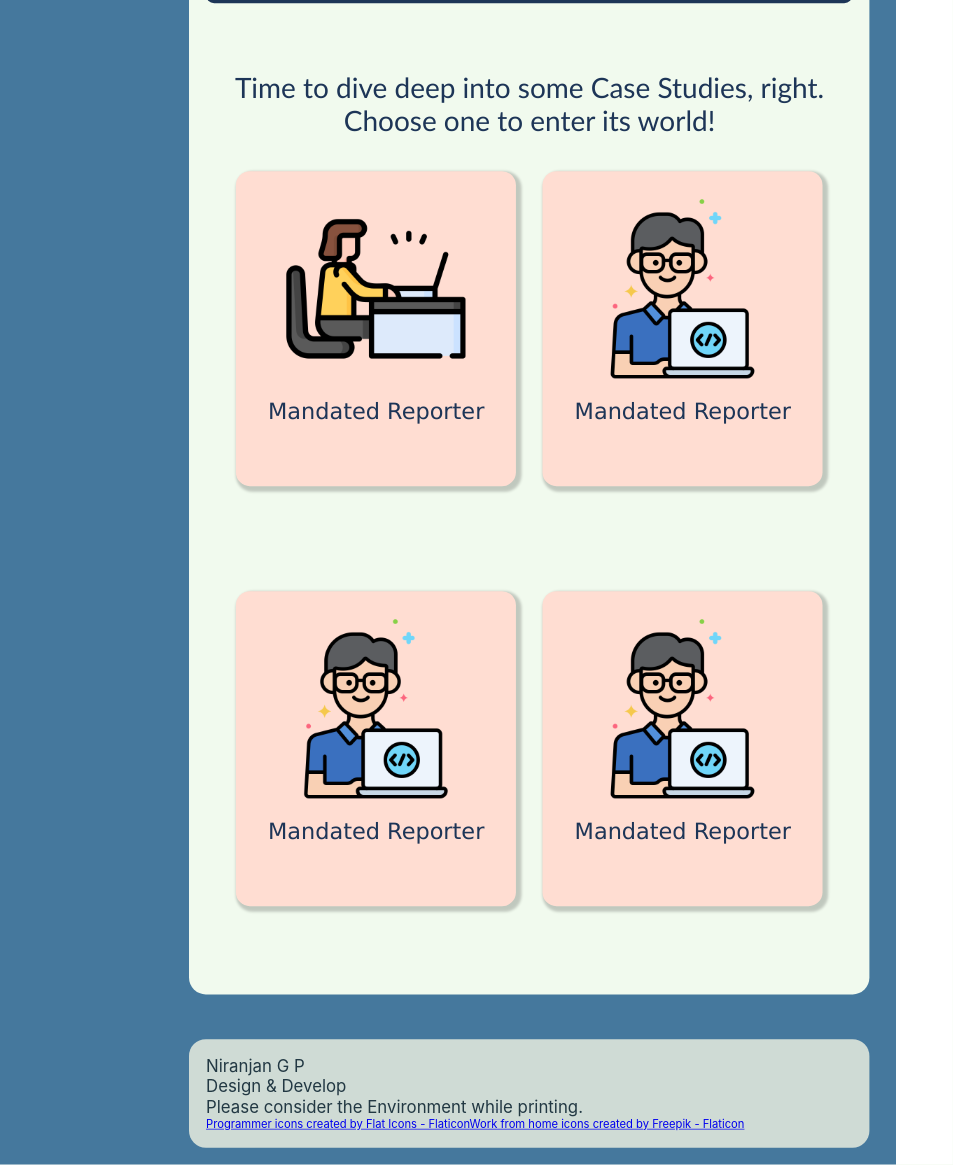
Repository: niranjangp/portfolioReact
Page: /
The author's editor kept a copy of each file at every save. The page is drawn from the files as they stood at one save, then again after the next save.
The browser window is 1280 px wide. The page is 1361 px wide, so the pictures cover 1361 px, including what lies to the right of the window. The pictures show the part of the page from y = 1371 to 3131 px (the page is 3035 px tall before and 3131 px after), at 70% of full size.
The project was rebuilt for these pictures with package versions that can differ from the ones it lists, and the page was loaded fresh each time. Also part of the build but not shown: src/pages/csOne.jsx, src/pages/notFound.jsx.

Above is the page before, as saved 2022-02-01 01:19:38.

After the next save:
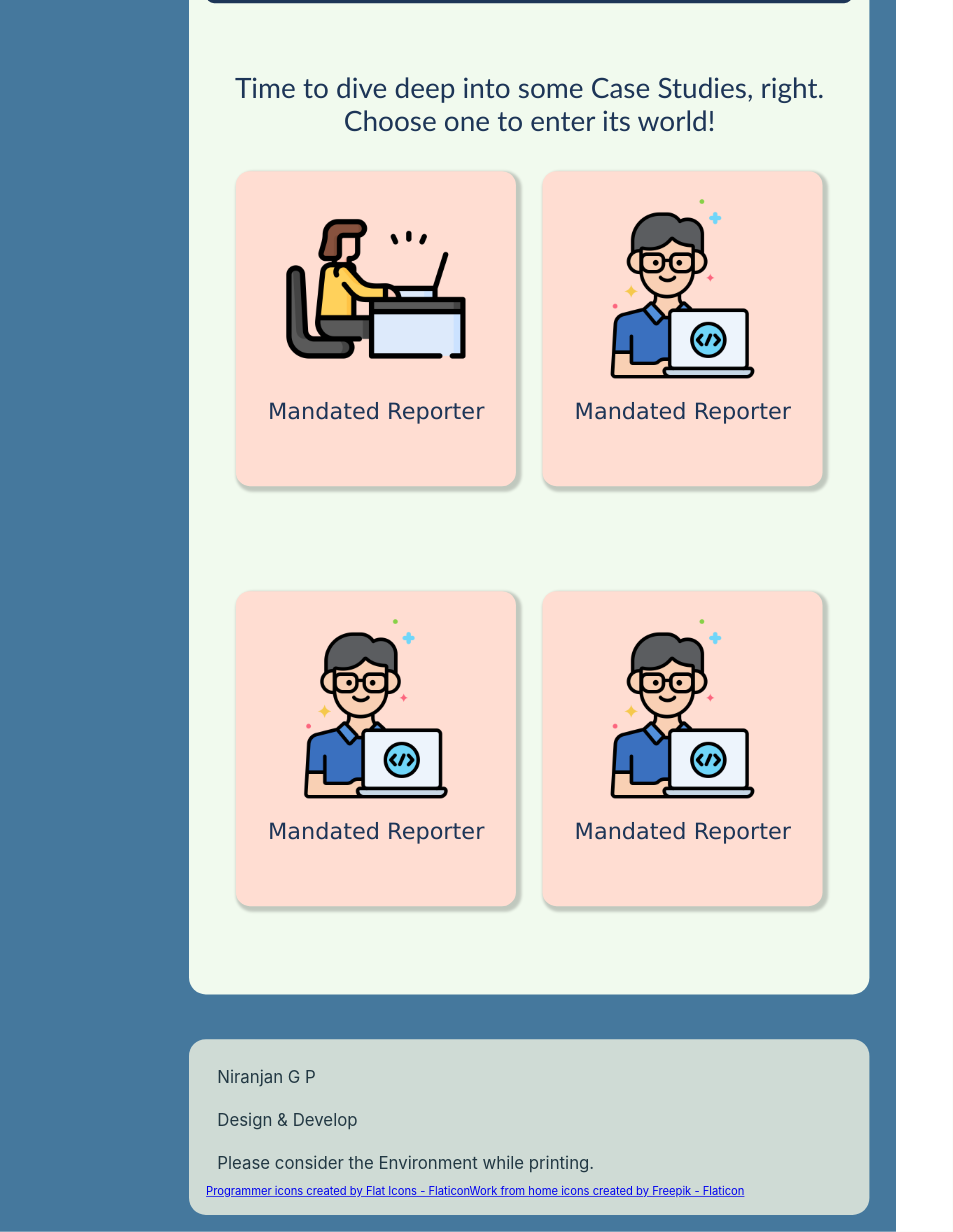
Saved 7 min 31 s later.
--- a/src/App.css
+++ b/src/App.css
@@ -165,6 +165,14 @@ footer {
   font-size: 1.5rem;
 }
 
+.footer-info p {
+  padding: 1rem;
+}
+
+.credits a {
+  text-decoration: none;
+}
+
 /*.containerOne {
   background-color: #F1FAEE;
 }
